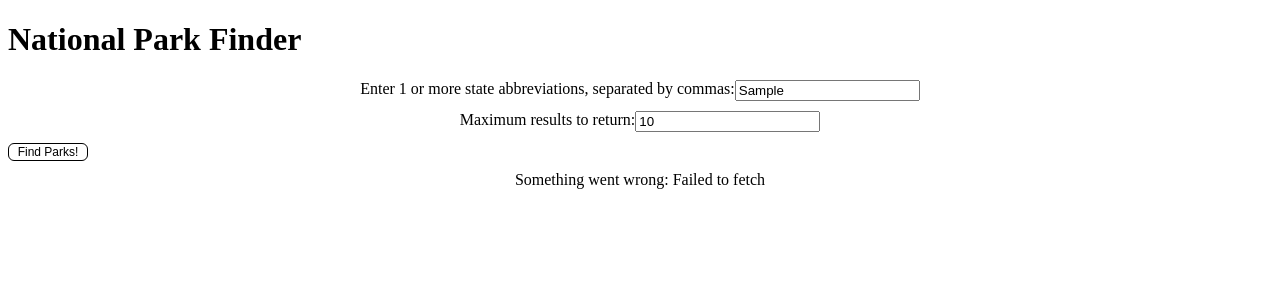
Repository: kaitlynMidori/nationalParkFinder
Page: index.html
The author's editor kept a copy of each file at every save. The page is drawn from the files as they stood at one save, then again after the next save.
The browser window is 1280 px wide. The pictures show the whole page.
Empty fields were first filled with sample values (such as "Sample", 5 or name@example.com).
After loading, the first visible `#search-form` was submitted once.
The page's requests for data from a server got no answer.

Above is the page before, as saved 2020-12-09 14:56:03.

After the next save:
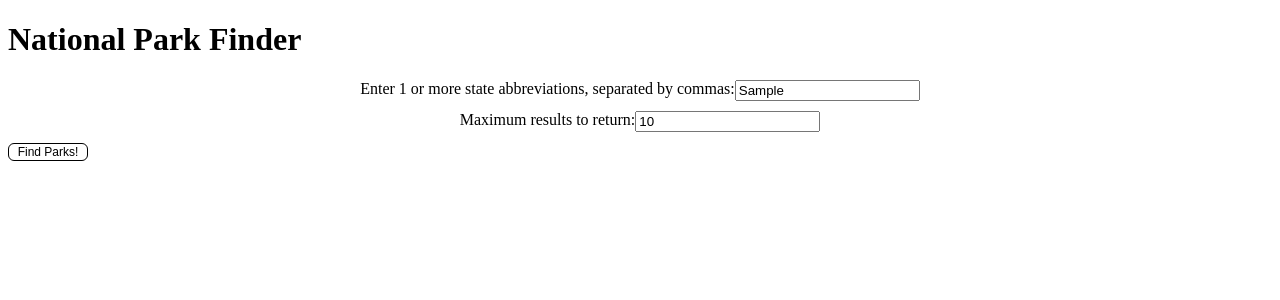
Console error: TypeError: Assignment to constant variable.
Saved 4 min 46 s later.
--- a/script.js
+++ b/script.js
@@ -4,13 +4,12 @@
 const apiKey = "wveHBixTLgnXr8GvVPJfX9QIOG5d26TS4o6IgTaR";
 const searchURL = "https://developer.nps.gov/api/v1/parks";
 
-
+ //new params
 function formatQueryParams(params) {
-    const queryItems = Object.keys(params).map(
-        (key) => `${encodeURIComponent(key)}=${encodeURIComponent(params[key])}`
-    );
-    return queryItems.join('&');
-}
+   const queryItems = Object.keys(params)
+     .map(key => `${key}=${params[key]}`)
+   return queryItems.join('&');
+ }
 
 function displayResults(responseJson, maxResults) {
     // if there are previous results, remove them
@@ -19,7 +18,7 @@
     // iterate through the data array
     for (let i = 0; i < responseJson.data.length; i++) {
         $("#results-list")
-            .append(`<li><h3><a href="${responseJson.data[i].url}">${responseJson.data[i].fullName}</a></h3>
+            .append(`<li><h3><a href=“${responseJson.data[i].url}“>${responseJson.data[i].fullName}</a></h3>
         <p>${responseJson.data[i].description}</p>
         <p>${responseJson.data[i].url}</p>
         </li>`);
@@ -27,7 +26,6 @@
     //display the results section
     $("#results").removeClass("hidden");
 }
-
 function getParks(query, maxResults) {
     const params = {
         stateCode: query,
@@ -36,9 +34,7 @@
     };
     const queryString = formatQueryParams(params);
     const url = searchURL + "?" + queryString;
-
     console.log(url);
-
     fetch(url)
         .then((response) => {
             if (response.ok) {
@@ -51,14 +47,13 @@
             $("#error-message").text(`Something went wrong: ${err.message}`);
         });
 }
-
 function watchForm() {
     $("form").submit((event) => {
         event.preventDefault();
         const stateCode = $("#stateCode").val();
+	stateCode = stateCode.replace(/\s/g, '');
         const maxResults = $("#max-results").val();
         getParks(stateCode, maxResults);
     });
 }
-
 $(watchForm);

After the save that followed:
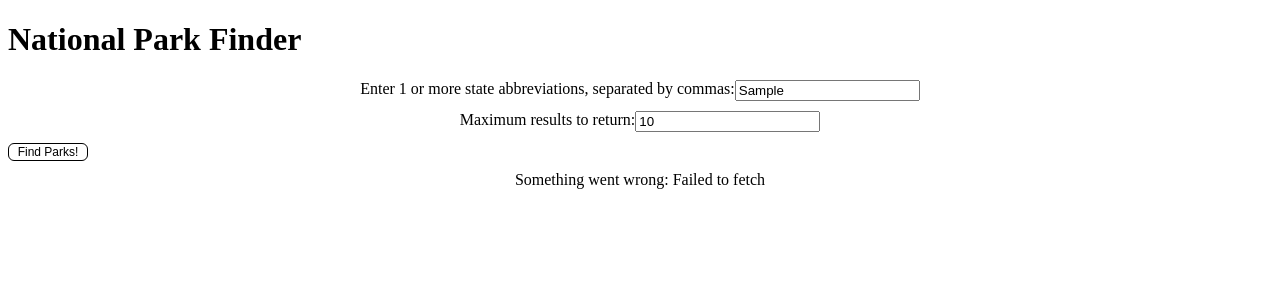
The error is gone.
Saved 3 min 45 s later.
--- a/script.js
+++ b/script.js
@@ -57,3 +57,12 @@
     });
 }
 $(watchForm);
+
+function watchForm() {
+    $("form").submit((event) => {
+        event.preventDefault();
+        const stateCode = $("#stateCode").val();
+        const maxResults = $("#max-results").val();
+        getParks(stateCode, maxResults);
+    });
+}
